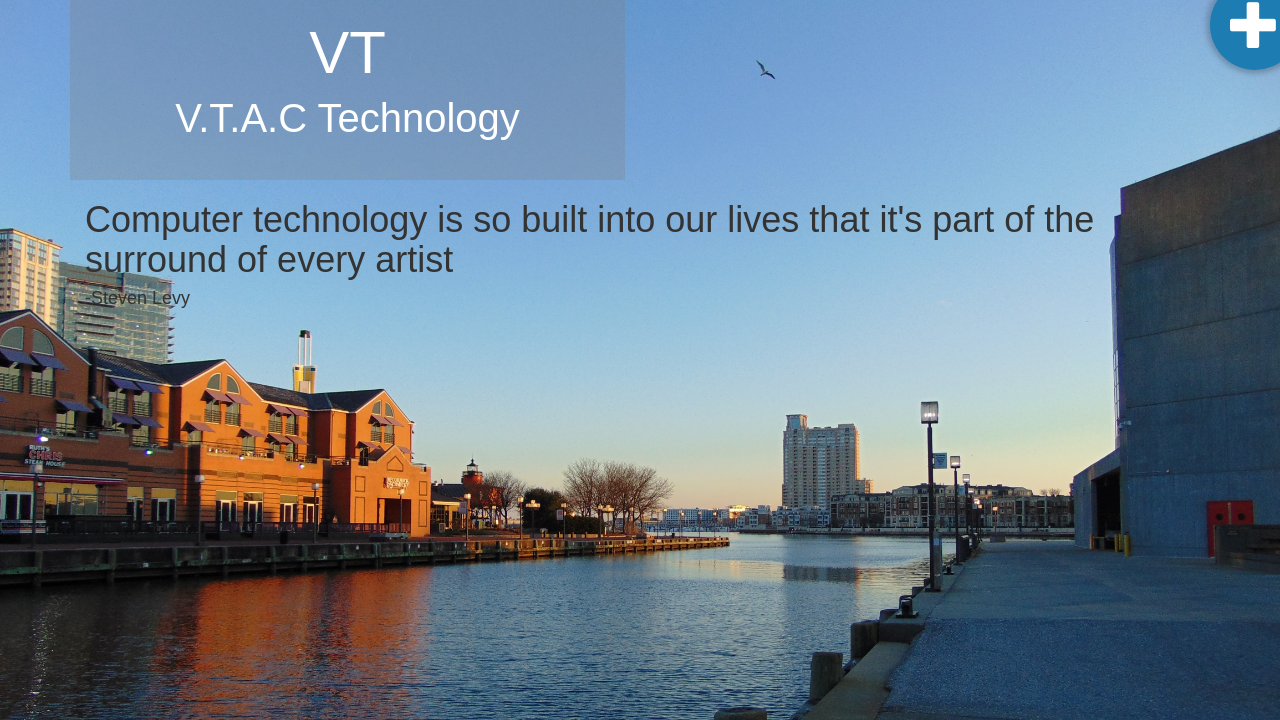
Repository: danidark9312/vtac
Page: http://localhost/vtacTechnology/
These files come from the project's save history. The page is drawn as it stood at one moment and after the next save; the edit follows.
The browser window is 1280 px wide. The pictures show the whole page.
The page is served by Tomcat 9.

Above is the page before, as saved 2017-01-30 18:32:35.
Console error (its wording comes from the project's code and is left out).

After the next save:
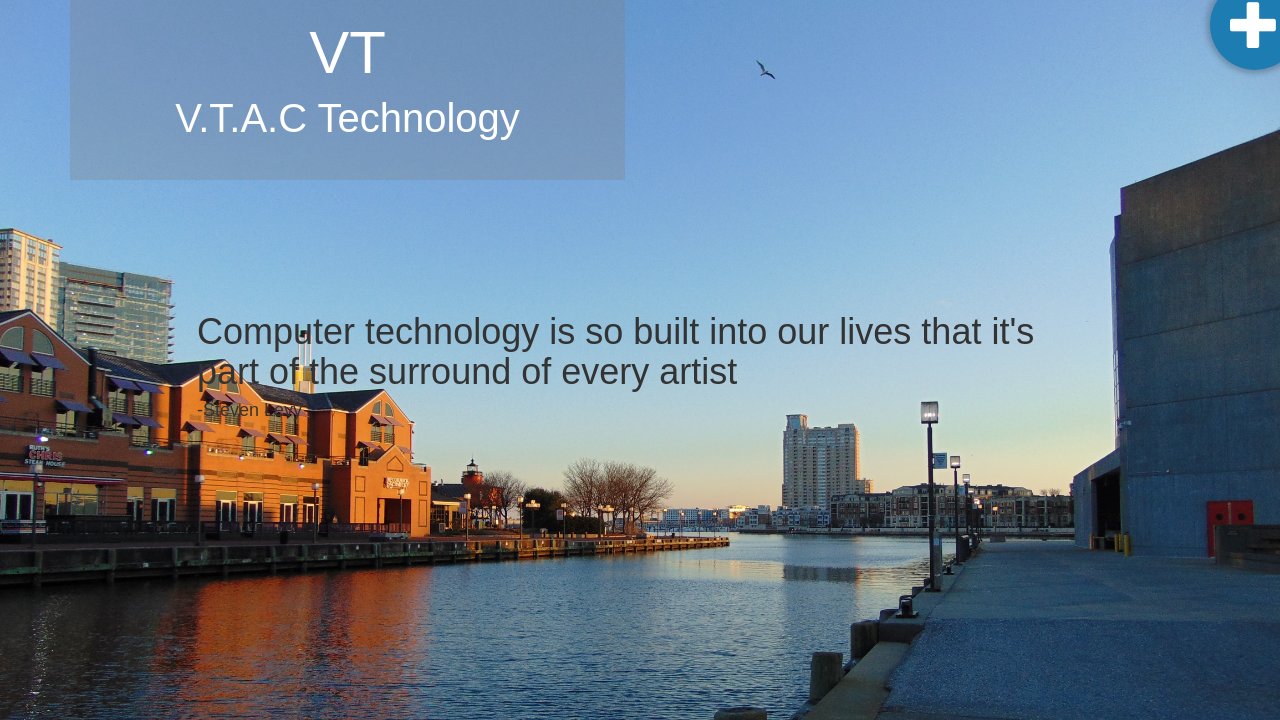
Saved 5 min 13 s later.
--- a/vtacTechnology/WebContent/css/common.css
+++ b/vtacTechnology/WebContent/css/common.css
@@ -14,6 +14,7 @@
 
 .mainQuote{
 	height: 500px;
+	padding: 112px;
 }
 
 .menuContainer{
